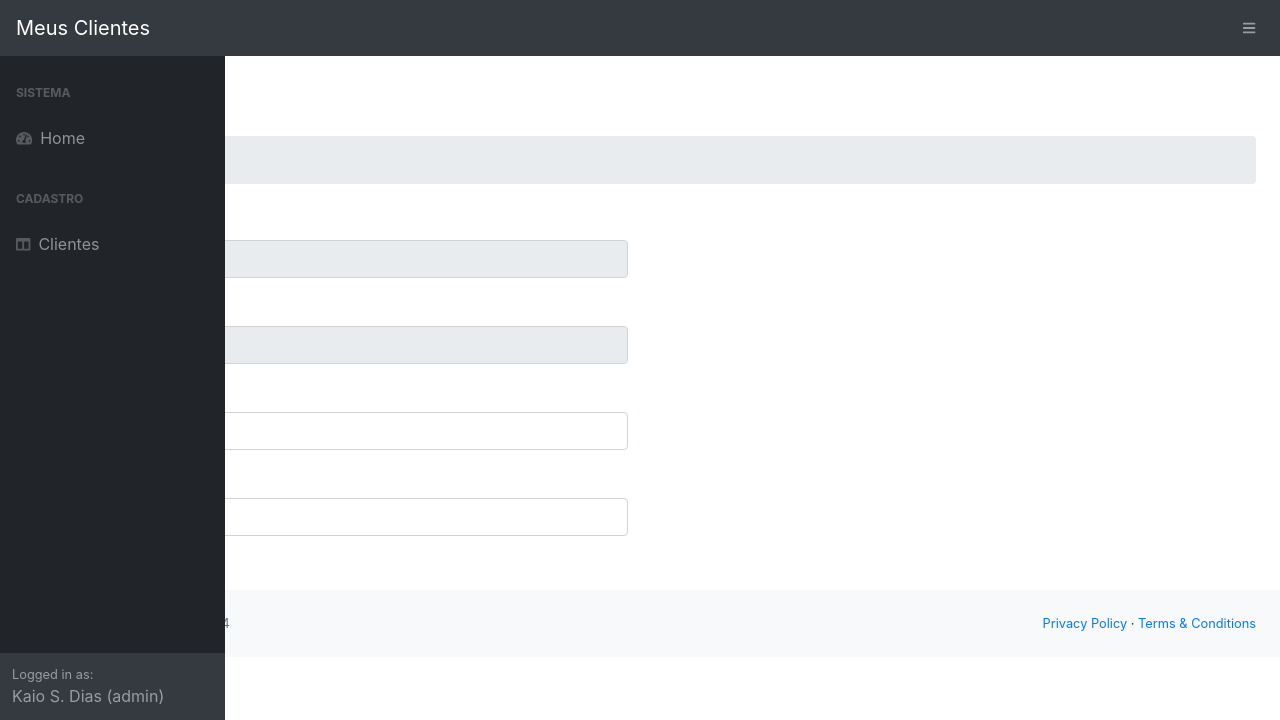
Repository: Kaio-Dias/Angular-Springboot
Page: /users-form (app in Frontend/clients-app/)
An editor plug-in stored every save of this project. The page is shown before and after a run of saves, followed by the edit.
The browser window is 1280 px wide. The pictures show the whole page.
Some web libraries are served in a nearby version. The project was rebuilt for these pictures with package versions that can differ from the ones it lists, and the page was loaded fresh each time. Also part of the build but not shown: Frontend/clients-app/angular.json, Frontend/clients-app/src/app/home/home.component.ts.

Above is the page before, as saved 2024-07-03 15:59:20.

### Frontend/clients-app/src/index.html
<!doctype html>
<html lang="en">
<head>
  <meta charset="utf-8">
  <title>ClientsApp</title>
  <base href="/">
  <meta name="viewport" content="width=device-width, initial-scale=1">
  <link rel="icon" type="image/x-icon" href="favicon.ico">
  <script src="https://cdnjs.cloudflare.com/ajax/libs/font-awesome/5.11.2/js/all.min.js" crossorigin="anonymous"></script>
</head>
<body class="sb-nav-fixed">
  <app-root></app-root>
</body>
</html>

### Frontend/clients-app/src/app/app.component.ts
import { Component } from '@angular/core';
import { RouterModule, RouterOutlet } from '@angular/router';
import { routes } from './app.routes';

import { HomeComponent } from './home/home.component';
import {TemplateModule} from './template/template.module';
import {UsersModule} from './users/users.module';

@Component({
  selector: 'app-root',
  standalone: true,
  imports: [
    RouterOutlet,
    HomeComponent,
    TemplateModule,
    UsersModule
  ],
  templateUrl: './app.component.html',
  styleUrls: ['./app.component.css']
})
export class AppComponent {
  title = 'clients-app';
}

### Frontend/clients-app/src/app/app.routes.ts
import { Routes } from '@angular/router';
import { UsersFormComponent } from './users/users-form/users-form.component';
import { HomeComponent } from './home/home.component';

export const routes: Routes = [
    { path: '', redirectTo: '/home', pathMatch: 'full' },
    { path: 'home', component: HomeComponent },
    { path: 'users-form', component: UsersFormComponent }
];

### Frontend/clients-app/src/app/app.component.html
<app-navbar></app-navbar>
<div id="layoutSidenav">
  <app-sidebar></app-sidebar>
  <div id="layoutSidenav_content">
    <main>
      <div class="container-fluid">
        <router-outlet></router-outlet>
      </div>
      <footer class="py-4 bg-light mt-auto">
        <div class="container-fluid">
            <div class="d-flex align-items-center justify-content-between small">
                <div class="text-muted">Copyright &copy; Client Manager 2024</div>
                <div>
                    <a href="#">Privacy Policy</a>
                    &middot;
                    <a href="#">Terms &amp; Conditions</a>
                </div>
            </div>
        </div>
    </footer>
    </main>
  </div>
</div>

### Frontend/clients-app/src/app/template/template.module.ts
import { NgModule } from '@angular/core';
import { CommonModule } from '@angular/common';
import { NavbarComponent } from './navbar/navbar.component';
import {SidebarComponent } from './sidebar/sidebar.component';
import { RouterModule } from '@angular/router';



@NgModule({
  declarations: [],
  imports: [
    CommonModule,
    RouterModule,
    NavbarComponent,
    SidebarComponent
  ],
  exports: [
    NavbarComponent,
    SidebarComponent
  ]
})
export class TemplateModule { }

### Frontend/clients-app/src/app/users/users.module.ts
import { NgModule } from '@angular/core';
import { CommonModule } from '@angular/common';
import { FormsModule } from '@angular/forms'

import { UsersRoutingModule } from './users-routing.module';
import { UsersFormComponent } from './users-form/users-form.component';


@NgModule({
  declarations: [],
  imports: [
    FormsModule,
    CommonModule,
    UsersRoutingModule,
    UsersFormComponent
  ],
  exports:[
    UsersFormComponent
  ]
})
export class UsersModule { }

### Frontend/clients-app/src/app/users/users-form/users-form.component.ts
import { Component } from '@angular/core';

@Component({
  selector: 'app-users-form',
  standalone: true,
  imports: [],
  templateUrl: './users-form.component.html',
  styleUrl: './users-form.component.css'
})
export class UsersFormComponent {

}

### Frontend/clients-app/src/app/template/navbar/navbar.component.ts
import { Component, AfterViewInit } from '@angular/core';

@Component({
  selector: 'app-navbar',
  standalone: true,
  imports: [],
  templateUrl: './navbar.component.html',
  styleUrl: './navbar.component.css'
})
export class NavbarComponent {

}

### Frontend/clients-app/src/app/users/users-routing.module.ts
import { NgModule } from '@angular/core';
import { RouterModule, Routes } from '@angular/router';
import { UsersFormComponent } from './users-form/users-form.component';

const routes: Routes = [
  { path: 'users-form', component: UsersFormComponent}
];

@NgModule({
  imports: [RouterModule.forChild(routes)],
  exports: [RouterModule]
})
export class UsersRoutingModule { }

### Frontend/clients-app/src/app/users/users-form/users-form.component.html
<h1 class="mt-4">Clientes</h1>
<ol class="breadcrumb mb-4">
    <li class="breadcrumb-item active">Cadastro</li>
</ol>
<div class="container">
    <form>
        <div class="row">
            <div class="col-md-6">
                <div class="form-group">
                    <label>ID: </label>
                    <input type="text" class="form-control" disabled="true">
                </div>
            </div>
        </div>

        <div class="row">
            <div class="col-md-6">
                <div class="form-group">
                    <label>Data Cadastro: </label>
                    <input type="text" class="form-control" disabled="true">
                </div>
            </div>
        </div>

        <div class="row">
            <div class="col-md-6">
                <div class="form-group">
                    <label>Nome: *</label>
                    <input type="text" class="form-control">
                </div>
            </div>
        </div>

        <div class="row">
            <div class="col-md-6">
                <div class="form-group">
                    <label>CPF: *</label>
                    <input type="text" class="form-control">
                </div>
            </div>
        </div>

        <div class="row">
            <div class="col-md-2">
                <button type="submit" class="btn btn-sucess">
                    <i class="fa fa-save" ></i>
                </button>
            </div>
        </div>
    </form>
</div>

### Frontend/clients-app/src/app/template/navbar/navbar.component.html
<nav class="sb-topnav navbar navbar-extend navbar-dark bg-dark">
    <a class="navbar-brand" href="#">Meus Clientes</a>
    <button class="btn btn-link btn-sm order-1 order-lg-0" id="sidebarToggle">
        <i class="fas fa-bars"></i>
    </button>
</nav>

### Frontend/clients-app/src/app/template/sidebar/sidebar.component.html
<div id="layoutSidenav">
    <div id="layoutSidenav_nav">
        <nav class="sb-sidenav accordion sb-sidenav-dark" id="sidenavAccordion">
            <div class="sb-sidenav-menu">
                <div class="nav">
                    <div class="sb-sidenav-menu-heading">Sistema</div>
                    <a class="nav-link" href="/home"
                        ><div class="sb-nav-link-icon"><i class="fas fa-tachometer-alt"></i></div>
                        Home</a
                    >
                    <div class="sb-sidenav-menu-heading">Cadastro</div>
                    <a class="nav-link collapsed" href="/users-form" data-toggle="collapse" data-target="#collapseLayouts" aria-expanded="false" aria-controls="collapseLayouts"
                        ><div class="sb-nav-link-icon"><i class="fas fa-columns"></i></div>
                        Clientes
                    </a>
                    <div class="collapse" id="collapseLayouts" aria-labelledby="headingOne" data-parent="#sidenavAccordion">
                        <nav class="sb-sidenav-menu-nested nav"><a class="nav-link" href="layout-static.html">Static Navigation</a><a class="nav-link" href="layout-sidenav-light.html">Light Sidenav</a></nav>
                    </div>
                    </div>
                </div>
            <div class="sb-sidenav-footer">
                <div class="small">Logged in as:</div>
                Kaio S. Dias (admin)
            </div>
        </nav>
    </div>

Loaded but not shown: Frontend/clients-app/src/styles.css (library); Frontend/clients-app/src/main.ts (common file); Frontend/clients-app/src/app/app.config.ts (common file); Frontend/clients-app/src/app/app.component.css (library); Frontend/clients-app/src/app/template/sidebar/sidebar.component.ts (common file); Frontend/clients-app/src/app/template/navbar/navbar.component.css (no stored copy; drawn as an empty file); Frontend/clients-app/src/app/template/sidebar/sidebar.component.css (no stored copy; drawn as an empty file); Frontend/clients-app/src/app/users/users-form/users-form.component.css (no stored copy; drawn as an empty file)

After the next 2 saves:
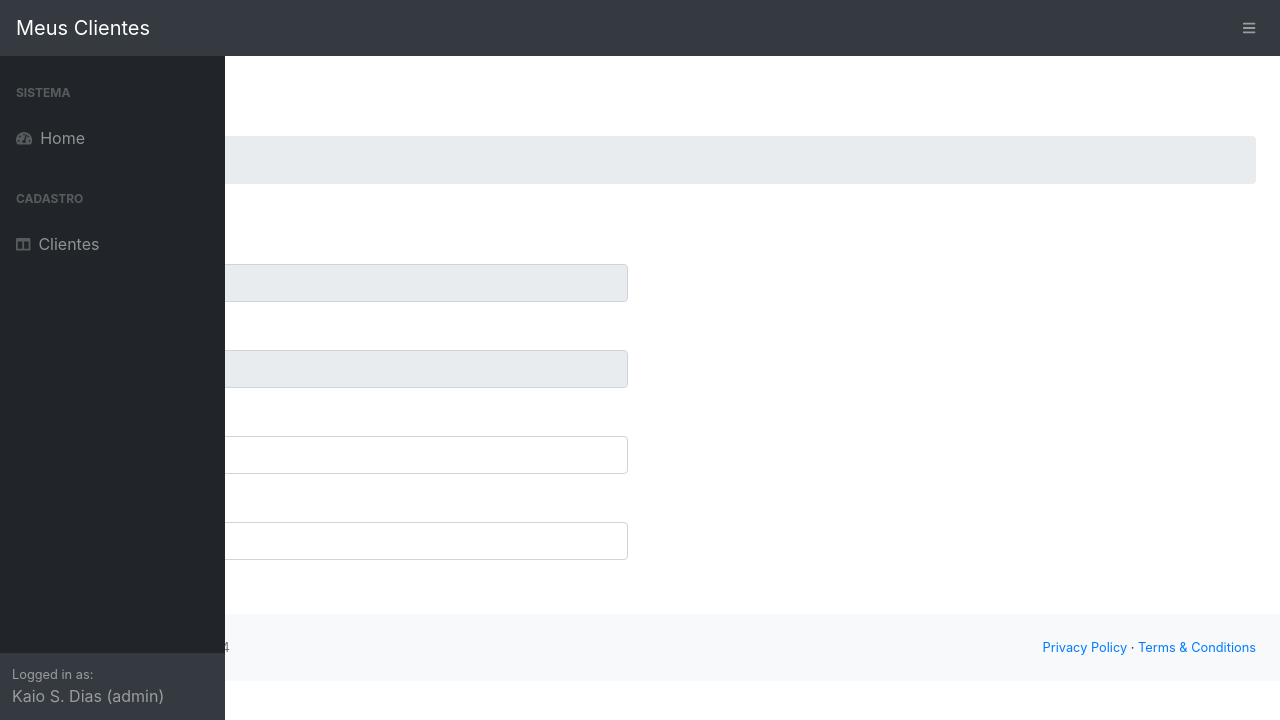
The 2 saves are shown as one change because 1 did not build or start.
The last was saved 6 min 11 s later.
--- a/Frontend/clients-app/src/app/users/users-form/users-form.component.ts
+++ b/Frontend/clients-app/src/app/users/users-form/users-form.component.ts
@@ -1,4 +1,6 @@
-import { Component } from '@angular/core';
+import { Component, OnInit } from '@angular/core';
+
+import { User } from '../user';
 
 @Component({
   selector: 'app-users-form',
@@ -7,6 +9,21 @@
   templateUrl: './users-form.component.html',
   styleUrl: './users-form.component.css'
 })
-export class UsersFormComponent {
+export class UsersFormComponent implements OnInit {
+
+  user: User;
+
+  constructor(){
+    this.user = {
+      id: 0,
+      username: 'Kaio',
+      cpf: '',
+      registered_date: ''
+    };
+  }
+
+  ngOnInit(): void {
+
+  }
 
 }
--- a/Frontend/clients-app/src/app/users/users-form/users-form.component.html
+++ b/Frontend/clients-app/src/app/users/users-form/users-form.component.html
@@ -3,7 +3,8 @@
     <li class="breadcrumb-item active">Cadastro</li>
 </ol>
 <div class="container">
-    <form>
+    {{user.username}}
+        <form>
         <div class="row">
             <div class="col-md-6">
                 <div class="form-group">

After the save that followed:
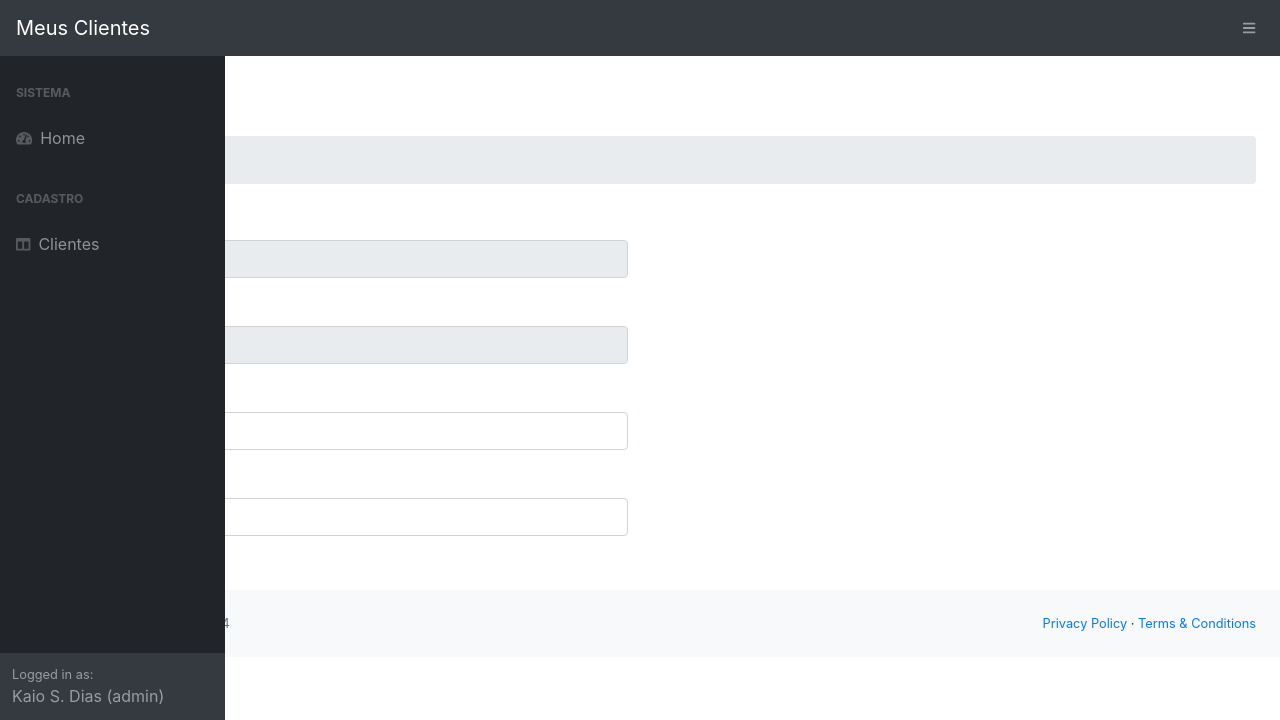
Saved 6 min 47 s later.
--- a/Frontend/clients-app/src/app/users/users-form/users-form.component.ts
+++ b/Frontend/clients-app/src/app/users/users-form/users-form.component.ts
@@ -16,7 +16,7 @@
   constructor(){
     this.user = {
       id: 0,
-      username: 'Kaio',
+      username: '',
       cpf: '',
       registered_date: ''
     };
